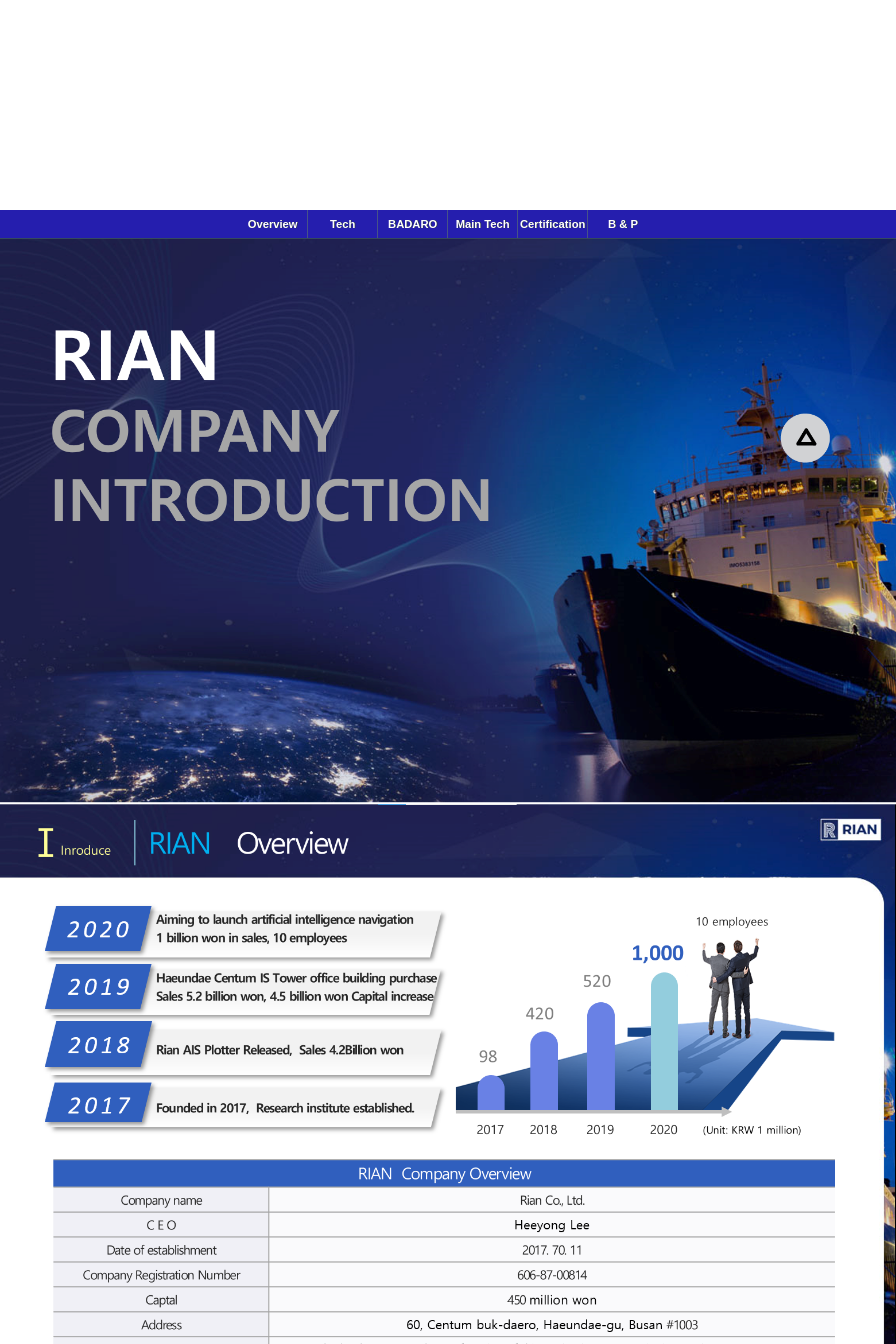
Repository: injeong-in/CompanyWeb
Page: http://localhost/RianWebSite/Rian.jsp
These files come from the project's save history. The page is drawn as it stood at one moment and after the next save; the edit follows.
The browser window is 1280 px wide. The pictures show the part of the page from y = 0 to 1920 px (the page is 11820 px tall before and 11560 px after), at 70% of full size.
The page is served by Tomcat 9. Nobody is signed in. The application's start-up code is not run.

Above is the page before, as saved 2020-12-01 07:43:19.

### RianWebSite/WebContent/Rian.jsp
<%@ page language="java" contentType="text/html; charset=UTF-8"
    pageEncoding="UTF-8"%>
<!DOCTYPE html>
<html>

<head>
    <meta charset="UTF-8">
    <meta name="viewport" content="width=device-width, initial-scale=1.0">
    <title>Rian company</title>

    <!--스타일시트 등록-->
    <link rel="stylesheet" href="./css/style.css">

    <!--제이쿼리 등록-->
    <script src="../js/jquery-2.1.3.min.js">
    </script>
    <script src="../js/jquery.vide.min.js">
    </script>
    <script src="../js/jquery.scrollTo.min.js">
    </script>

    <!--제이쿼리 작성-->
    <script>

    $(document).ready(function(){
        $('nav a').click(function(e){
            $.scrollTo(this.hash||0, 280);
            e.preventDefault();
        });
        $('#btn_gotop').click(function(e){
            $.scrollTo(this.hash||0, 280);
            e.preventDefault();
        });
    });

    $(function () {
            var trigger = $('#trigger');
            var menu = $('nav ul');
            $(trigger).on('click', function(e) {
                e.preventDefault();
                menu.slideToggle();
            });
            $(window).resize(function () {
                var w = $(window).width();
                if(w>320 && menu.is(':hidden')) {
                    menu.removeAttr('style');
                }
            });
        });
    </script>
    <!--제이쿼리 작성 끝-->

</head>


<body>

	<div id="container">

	    <!-- 네비게이션 -->
	    <nav class="clearfix">
	        <ul class="clearfix">
	            <li onclick="location.href='../ViewPage/main.jsp'"><a href="">Overview</a></li>
	            <li onclick="location.href='../Movie/login.jsp'"><a href="">Tech</a></li>
	            <li onclick="location.href='../Movie/memberJoin.jsp'"><a href="">BADARO</a></li>
	            <li><a href="#1">Main Tech</a></li>
	            <li><a href="#2">Certification</a></li>
	            <li><a href="#3">B & P</a></li>
	        </ul>
	        <a href="" id="trigger"></a>
	    <!-- 네비게이션 끝 -->
	    </nav>

	 <div style="margin-top: 300px; ">
		<!--본문-->
	    <%for(int i=1; i<14; i++) { %>
	    <div id="container" class="page<%=i%>">
	    <img src="./images/<%=i%>.png" style="width: 100%;">
	    </div>
	    <% } %>
	    <!--본문 끝-->
     </div>

    	<!--최상단 이동-->
	    <a href="#5" id="btn_gotop" class="btn_gotop">
	    	<img src="../images/topbutton.png" style="width:80px; display: block; margin: 240px; ">
		  	<span class="glyphicon glyphicon-chevron-up">
		  	</span>
		</a>
		<!--이동 끝-->
	</div>
</body>
</html>

### RianWebSite/WebContent/css/style.css
/* CSS리셋 */

html, body, div, span, applet, object, iframe,
h1, h2, h3, h4, h5, h6, p, blockquote, pre,
a, abbr, acronym, address, big, cite, code,
del, dfn, em, img, ins, kbd, q, s, samp,
small, strike, strong, sub, sup, tt, var,
b, u, i, center,
dl, dt, dd, ol, ul, li,
fieldset, form, label, legend,
table, caption, tbody, tfoot, thead, tr, th, td,
article, aside, canvas, details, embed,
figure, figcaption, footer, header, hgroup,
menu, nav, output, ruby, section, summary,
time, mark, audio, video {
  margin: 0;
  padding: 0;
  border: 0;
  font-size: 100%;
  font: inherit;
  vertical-align: baseline;
}
/* HTML5 display-role reset for older browsers */
article, aside, details, figcaption, figure,
footer, header, hgroup, menu, nav, section {
  display: block;
}
body {
  line-height: 1;
}
ol, ul {
  list-style: none;
}
blockquote, q {
  quotes: none;
}
blockquote:before, blockquote:after,
q:before, q:after {
  content: '';
  content: none;
}

table {
  border-collapse: collapse;
  border-spacing: 0;
}


.container div a {
    margin-left: 20px;
}

nav {
    height: 40px;
    width: 100%;
    background: rgb(37, 30, 174);
    font-size: 1em;
    font-family: Arial, sans-serif;
    font-weight: bold;
    position: fixed;
    border-bottom: 2px solid #34495e;
}

nav ul {
    padding: 0;
    margin:0 auto;
    width: 600px;
    height: 40px;
}

nav li {
    display: inline;
    float: left;

}

.clearfix:before,
.clearfix:after {
    content: " ";
    display: table;
}

.clearfix:after {
    clear: both;
}

.clearfix {
    zoom: 1;
}


nav a {
    color: #fff;
    display: inline-block;
    width: 100px;
    text-align: center;
    text-decoration: none;
    line-height: 40px;
    text-shadow: 1px 1px 0px #283744;

}

nav li a {
    border-right: 1px solid #576979;
    box-sizing: border-box;
    -moz-box-sizing: border-box;
    -webkit-box-sizing: border-box;
}

nav li:last-child a {
    border-right: 0;
}

nav a:hover, nav a:active {
    background-color: rgb(128, 128, 128);
}

nav a#trigger {
    display: none;
}

@media screen and (max-width:600px) {
    nav {
        height: auto;

    }

    nav ul {
        width: 100%;
        display: block;
        height: auto;

    }

    nav li {
        width: 50%;
        float: left;
        position: relative;
    }

    nav li a {
        border-bottom: 1px solid #576979;
        border-right: 1px solid #576979;
    }

    nav a {
        text-align: left;
        width: 100%;
        text-indent: 25px;
    }
}

@media screen and (max-width:320px) {
    nav {
        border-bottom: 0;
    }

    nav ul {
        display: none;
        height: auto;
    }

    nav li {
        display: block;
        float: none;
        width: 100%;
    }

    nav li a {
        border-bottom: 1px solid #576979;
    }


    nav a#trigger {
        display: block;
        background-color: #283744;
        width: 100%;
        position: relative;
    }

    nav a#trigger:after {
        content:"";
        background: url('nav.png') no-repeat;
        width: 30px;
        height: 30px;
        display: inline-block;
        position: absolute;
        right: 15px;
        top: 10px;
    }


}
    section {
        position:relative;
        width:100%;
        margin: 0 auto;
        padding: 20px;
        height: 400px;
    }


    .btn_gotop {
	  position: fixed;
	  right: 2%;
	  bottom: 2%;
	  width: 30%;
	  height: 50%;
	  line-height: 40px;
	  display: block;
	}

	.page1 {
		height: 100%;
		background-repeat: no-repeat;
	}
	/* .page3 {
		background-color: fuchsia;
	}
	.page4 {
		background-image: url("./images/footer.png");
		height: 40px;
	}
	.page5 {
		background-image: url("./images/footer2.png");
		background-color: white;
		height: 100px;
	} */

Loaded but not shown: RianWebSite/WebContent/js/jquery-2.1.3.min.js (library); RianWebSite/WebContent/js/jquery.vide.min.js (library); RianWebSite/WebContent/js/jquery.scrollTo.min.js (common file)

After the next save:
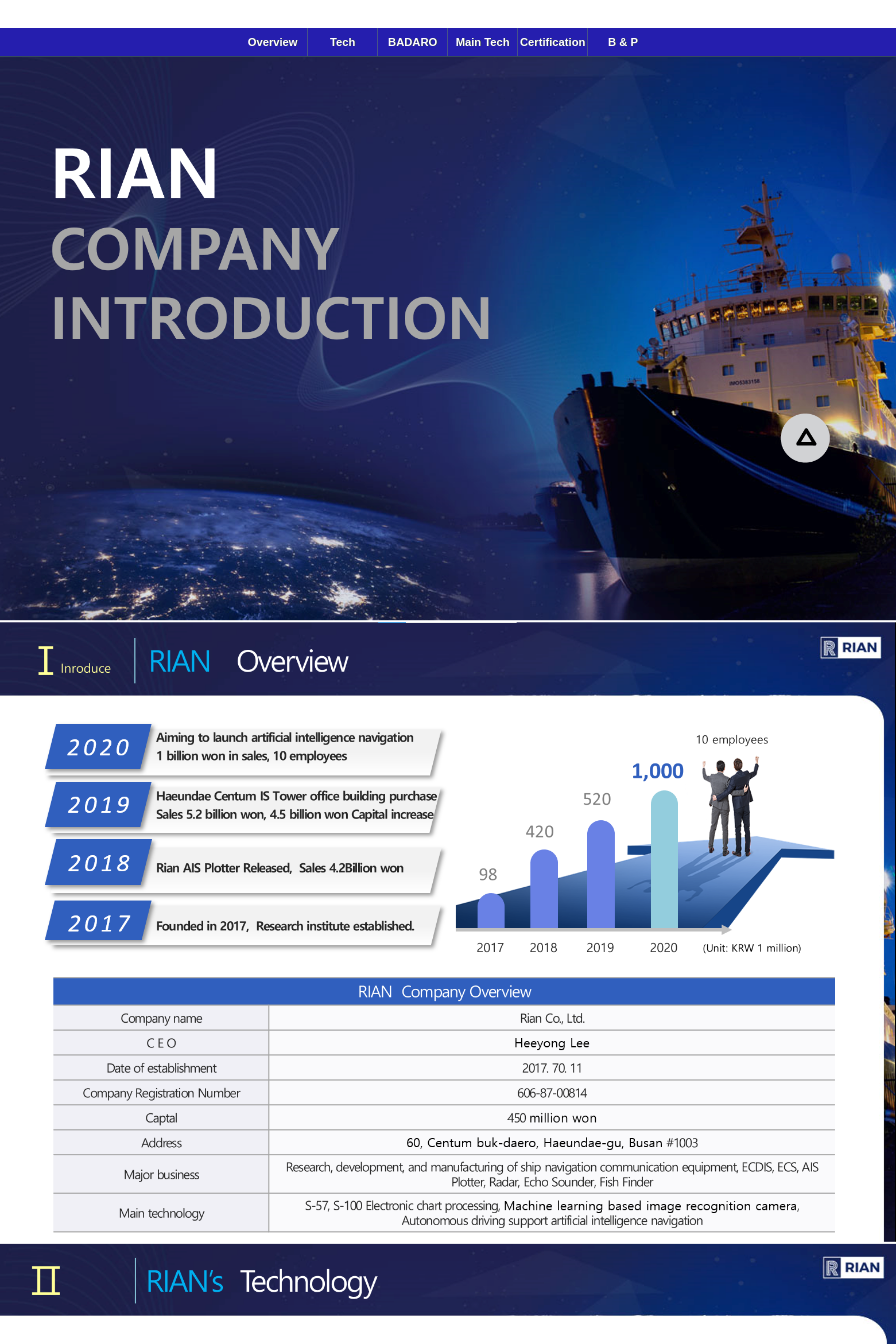
Saved 15 s later.
--- a/RianWebSite/WebContent/Rian.jsp
+++ b/RianWebSite/WebContent/Rian.jsp
@@ -71,7 +71,7 @@
 	    <!-- 네비게이션 끝 -->
 	    </nav>
 
-	 <div style="margin-top: 300px; ">
+	 <div style="margin-top: 40px; ">
 		<!--본문-->
 	    <%for(int i=1; i<14; i++) { %>
 	    <div id="container" class="page<%=i%>">
